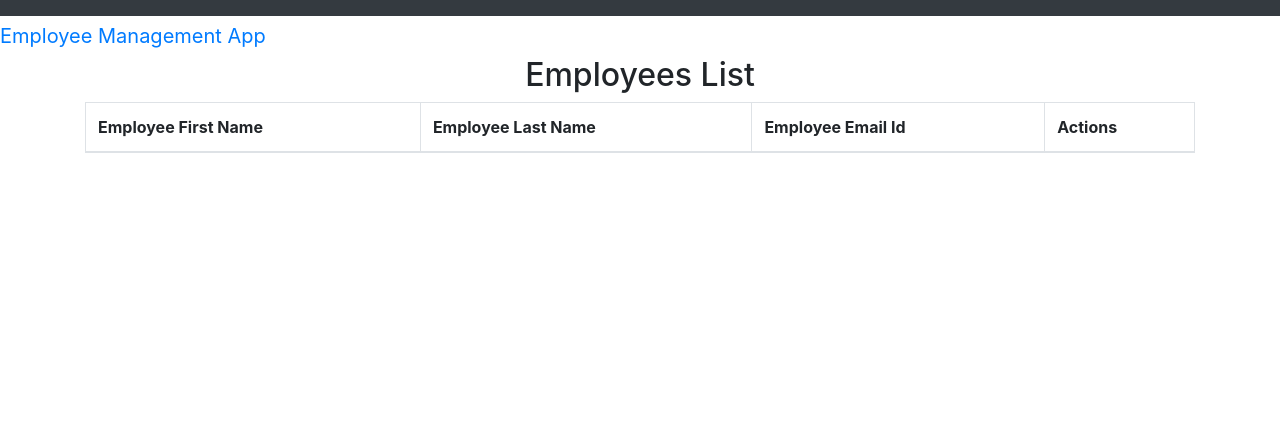
Repository: cavidk/react-springboot-crud-app-front
Page: / (app in react-fontend/)
These files come from the project's save history. The page is drawn as it stood at one moment and after the next save; the edit follows.
The browser window is 1280 px wide. The pictures show the whole page.
The page's requests for data from a server got no answer. The project was rebuilt for these pictures with package versions that can differ from the ones it lists, and the page was loaded fresh each time. No one was signed in, and anything a server would have sent is missing.

Above is the page before, as saved 2022-09-17 18:43:10.

### react-fontend/public/index.html
<!DOCTYPE html>
<html lang="en">
  <head>
    <meta charset="utf-8" />
    <link rel="icon" href="%PUBLIC_URL%/favicon.ico" />
    <meta name="viewport" content="width=device-width, initial-scale=1" />
    <meta name="theme-color" content="#000000" />
    <meta
      name="description"
      content="Web site created using create-react-app"
    />
    <link rel="apple-touch-icon" href="%PUBLIC_URL%/logo192.png" />
    <!--
      manifest.json provides metadata used when your web app is installed on a
      user's mobile device or desktop. See https://developers.google.com/web/fundamentals/web-app-manifest/
    -->
    <link rel="manifest" href="%PUBLIC_URL%/manifest.json" />
    <!--
      Notice the use of %PUBLIC_URL% in the tags above.
      It will be replaced with the URL of the `public` folder during the build.
      Only files inside the `public` folder can be referenced from the HTML.

      Unlike "/favicon.ico" or "favicon.ico", "%PUBLIC_URL%/favicon.ico" will
      work correctly both with client-side routing and a non-root public URL.
      Learn how to configure a non-root public URL by running `npm run build`.
    -->
    <title>React App</title>
    <link rel="stylesheet" href="https://cdn.jsdelivr.net/npm/bootstrap@4.0.0/dist/css/bootstrap.min.css" integrity="sha384-Gn5384xqQ1aoWXA+058RXPxPg6fy4IWvTNh0E263XmFcJlSAwiGgFAW/dAiS6JXm" crossorigin="anonymous">
  </head>
  <body>
    <noscript>You need to enable JavaScript to run this app.</noscript>
    <div id="root"></div>
    <!--
      This HTML file is a template.
      If you open it directly in the browser, you will see an empty page.

      You can add webfonts, meta tags, or analytics to this file.
      The build step will place the bundled scripts into the <body> tag.

      To begin the development, run `npm start` or `yarn start`.
      To create a production bundle, use `npm run build` or `yarn build`.
    -->
  </body>
</html>

### react-fontend/src/index.js
import React from 'react';
import ReactDOM from 'react-dom/client';
import './index.css';
import App from './App';
import reportWebVitals from './reportWebVitals';


const root = ReactDOM.createRoot(document.getElementById('root'));
root.render(
    <React.StrictMode>
      <App />
    </React.StrictMode>
 );

// If you want to start measuring performance in your app, pass a function
// to log results (for example: reportWebVitals(console.log))
// or send to an analytics endpoint. Learn more: https://bit.ly/CRA-vitals
reportWebVitals();

### react-fontend/src/App.js

import './App.css';
import ListEmployeeComponent from './components/ListEmployeeComponent';
import HeaderComponent from './components/HeaderComponent';

function App() {
  return (

      <div>
          <HeaderComponent />
        <div className="container">
          <ListEmployeeComponent />
        </div>
      </div>
  );
}

export default App;

### react-fontend/src/components/ListEmployeeComponent.jsx
import React, { Component } from 'react'
import EmployeeService from '../services/EmployeeService'

export default class ListEmployeeComponent extends Component {
  constructor(props){
   super(props)

   this.state = {

      employees : []
   }
  }

    componentDidMount(){
       EmployeeService.getEmployees().then((res) => {
          this.setState({employees: res.data});

   });
  }

   render() {
    return (
      <div>
        <h2 className="text-center">Employees List</h2>
        <div className="row"></div>
        <table className="table table-striped table-bordered">
          <thead>
            <tr>
             <th>Employee First Name</th>
             <th>Employee Last Name</th>
             <th>Employee Email Id</th>
             <th>Actions</th>
            </tr>
          </thead>
            <tbody>
               {
                 this.state.employees.map(
                   employee =>
                   <tr key = {employee.id}>
                       <td>{employee.firstName}</td>
                       <td>{employee.lastName}</td>
                       <td>{employee.emailId}</td>
                   </tr>
                 )
               }
            </tbody>
         </table>
      </div>
    )
  }
}

### react-fontend/src/components/HeaderComponent.jsx
import React, { Component } from 'react'

export default class HeaderComponent extends Component {
  render() {

    return (
       <div>
         <header>
           <nav className='navbar navbar-expand-md navbar-dark bg-dark'></nav>
        <div>
            <a href='https://github.com/cavidk' className='navbar-brand'>
              Employee Management App
            </a>
        </div>
         </header>
       </div>
    )
  }
}

### react-fontend/src/services/EmployeeService.js
import axios from 'axios';

const EMPLOYEE_APP_BASE_URL = "http://localhost:8080/api/v1/employees";

class EmployeeService{
   getEmployees(){
      return axios.get("EMPLOYEE_APP_BASE_URL", this.getEmployees);
   }
}
export default new EmployeeService()

### react-fontend/src/App.css
.App {
  text-align: center;
}

.App-logo {
  height: 40vmin;
  pointer-events: none;
}

@media (prefers-reduced-motion: no-preference) {
  .App-logo {
    animation: App-logo-spin infinite 20s linear;
  }
}

.App-header {
  background-color: #282c34;
  min-height: 100vh;
  display: flex;
  flex-direction: column;
  align-items: center;
  justify-content: center;
  font-size: calc(10px + 2vmin);
  color: white;
}

.App-link {
  color: #61dafb;
}

@keyframes App-logo-spin {
  from {
    transform: rotate(0deg);
  }
  to {
    transform: rotate(360deg);
  }
}

.footer{
position: absolute;
bottom: 0%;
width: 100%;
height: 50%;
background-color: black;
text-align: center;
color: white;
}

### react-fontend/src/components/FooterComponent.jsx
import React, { Component } from 'react'

export default class FooterComponent extends Component {
  render() {
    return (
      <div>
         <footer className= "footer">

          <span className='text-muted'>All Rights Reserved 2022 @cavidk</span>

         </footer>
      </div>
    )
  }
}

Loaded but not shown: react-fontend/src/index.css (common file); react-fontend/src/reportWebVitals.js (common file)

After the next save:
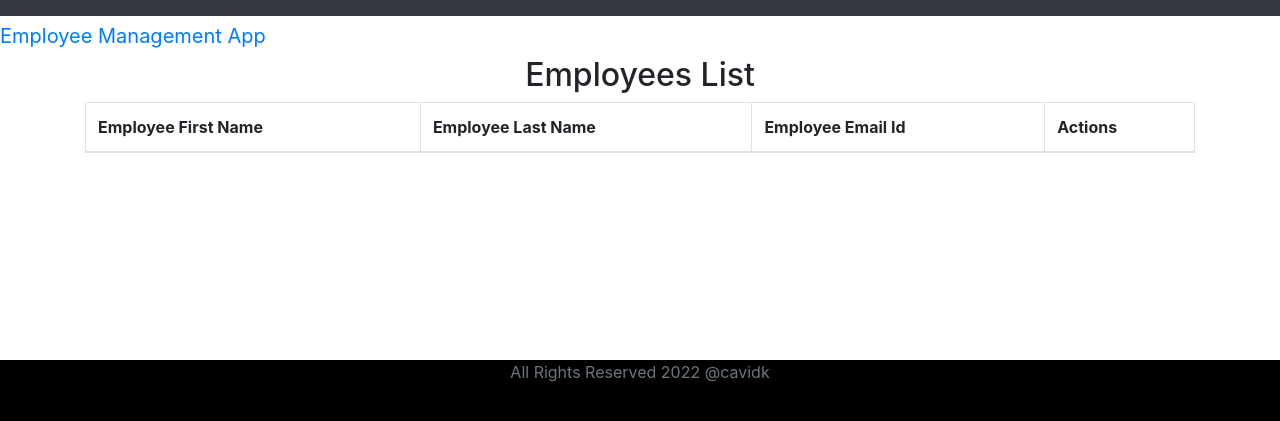
Saved 31 s later.
--- a/react-fontend/src/App.js
+++ b/react-fontend/src/App.js
@@ -2,6 +2,7 @@
 import './App.css';
 import ListEmployeeComponent from './components/ListEmployeeComponent';
 import HeaderComponent from './components/HeaderComponent';
+import FooterComponent from './components/FooterComponent';
 
 function App() {
   return (
@@ -11,6 +12,7 @@ function App() {
         <div className="container">
           <ListEmployeeComponent />
         </div>
+          <FooterComponent />
       </div>
   );
 }
